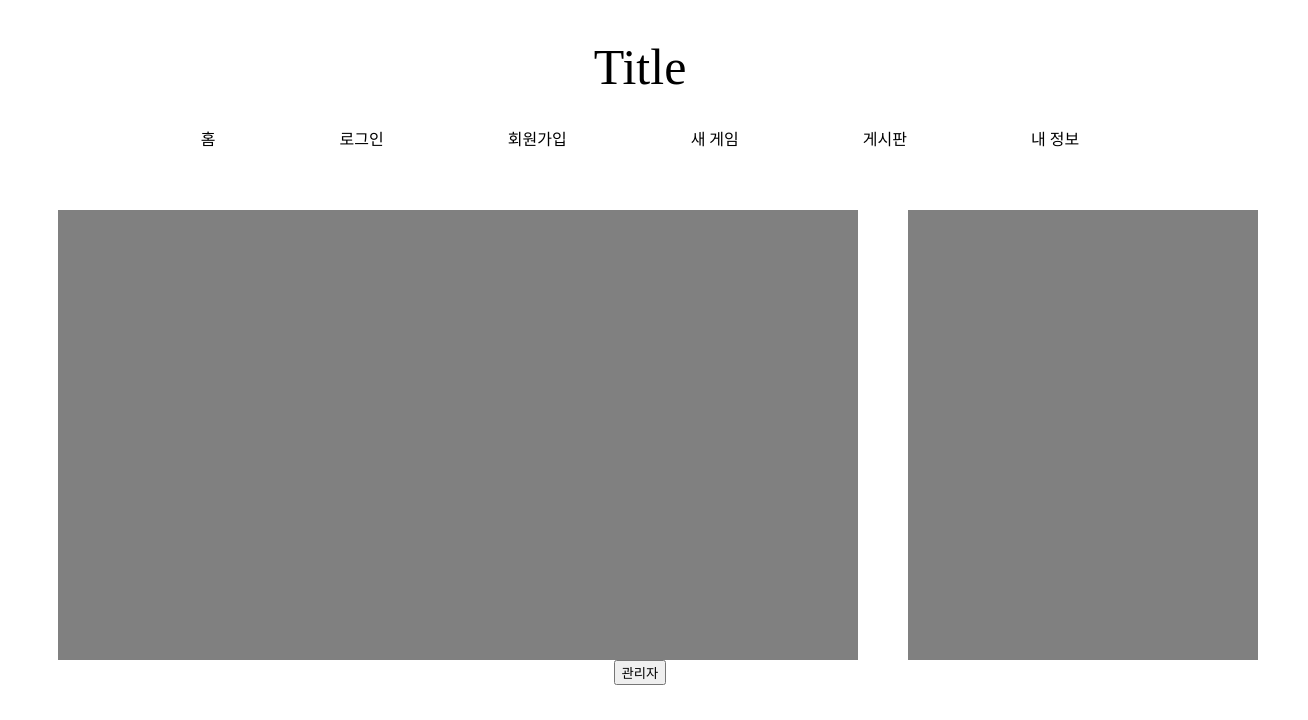
Repository: jemin7709/InP_Final
Page: 기말프로젝트/WebContent/main(unlogin).html
An editor plug-in stored every save of this project. The page is shown before and after the next save, followed by the edit.
The browser window is 1280 px wide. The page is 1308 px wide, so the pictures cover 1308 px, including what lies to the right of the window. The pictures show the whole page.

Above is the page before, as saved 2021-05-19 14:40:39.

### 기말프로젝트/WebContent/main(unlogin).html
<!DOCTYPE html>
<html>
<head>
<meta charset="UTF-8">
<title>Insert title here</title>
<link href="main.css" type="text/css" rel="stylesheet">

</head>
<body>
	<!--타이틀-->
	<div id="title">Title</div>
	<!--메뉴바-->
	<div id="menu">
		<ul id="menubar">
			<li><a>홈</a></li>
			<li><a>로그인</a></li>
			<li><a>회원가입</a></li>
			<li><a>새 게임</a></li>
			<li><a>게시판</a></li>
			<li><a>내 정보</a></li>
		</ul>
	</div>
	<!--메인페이지-->
	<div id="mainpage">
		<div id="mainleft"></div>
		<div id="mainright"></div>
	</div>
	<form action="">
		<input id="damin" type="submit" value="관리자">
	</form>
</body>
</html>

### 기말프로젝트/WebContent/main.css
@charset "UTF-8";

body{
	overflow: auto;
	min-width: 1200px
	margin: 0 auto;
	text-align: center;
}

#title {
	width: 1200px;
	padding-top: 30px;
	padding-bottom: 30px;
	font-size: 50px;
	margin: 0 auto;
}

#menubar{
	list-style-type: none;
	width:1200px;
    margin: 0;
    padding: 0;
	text-align: center;
	margin: 0 auto;
}

#menubar > li{
	height: 20px;
    padding-left: 60px;
    padding-right:60px;
	display: inline;
}

#menuber>li>a{
	font-size: 10;
}
#admin{
	position: relative;
	top: 5px;
	right: 1100px;
}


#mainpage{
    width: 1200px;
	padding: 50px;
	padding-top: 60px;
	margin: 0 auto;
}
#mainleft{
	float: left;
	width: 800px;
	height:450px;
	background-color: gray;
}
#mainright{
	float: right;
	width: 350px;
	height:450px;
	background-color: gray;
}

After the next save:
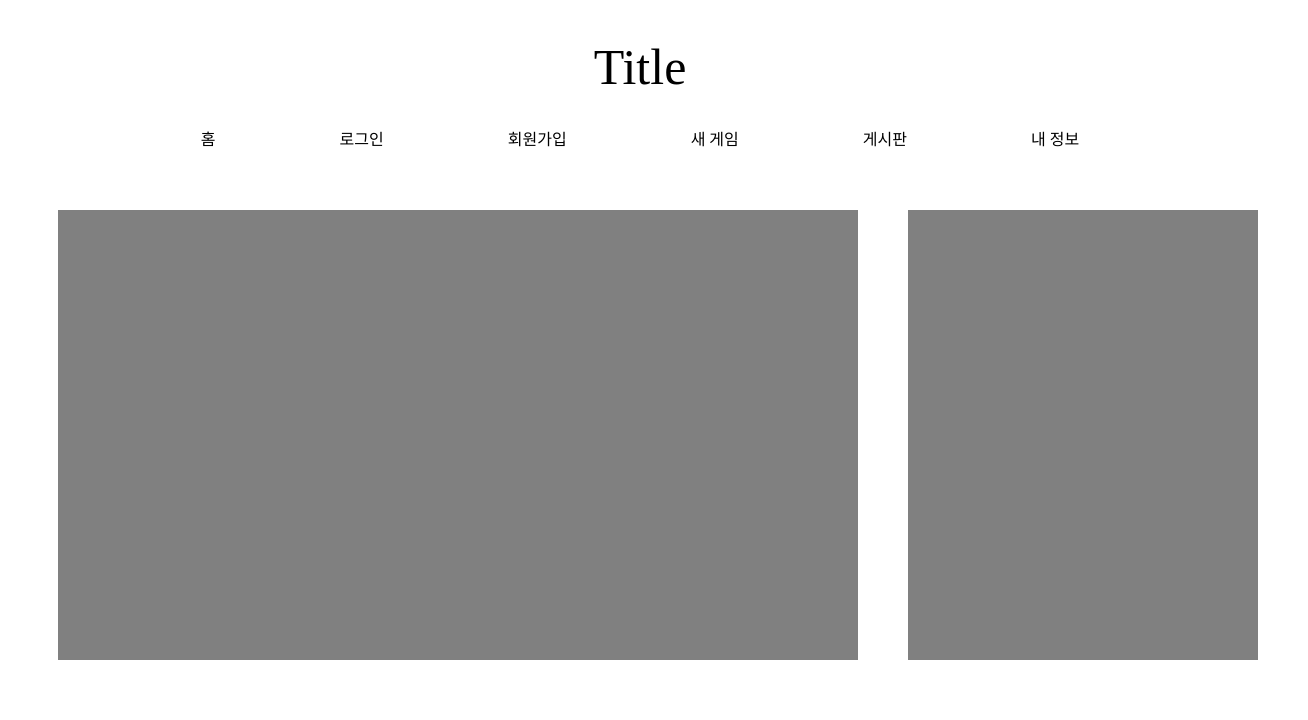
Saved 34 s later.
--- a/기말프로젝트/WebContent/main(unlogin).html
+++ b/기말프로젝트/WebContent/main(unlogin).html
@@ -25,8 +25,8 @@
 		<div id="mainleft"></div>
 		<div id="mainright"></div>
 	</div>
-	<form action="">
-		<input id="damin" type="submit" value="관리자">
+	<form id="admin" action="">
+		<input type="submit" value="관리자">
 	</form>
 </body>
 </html>
